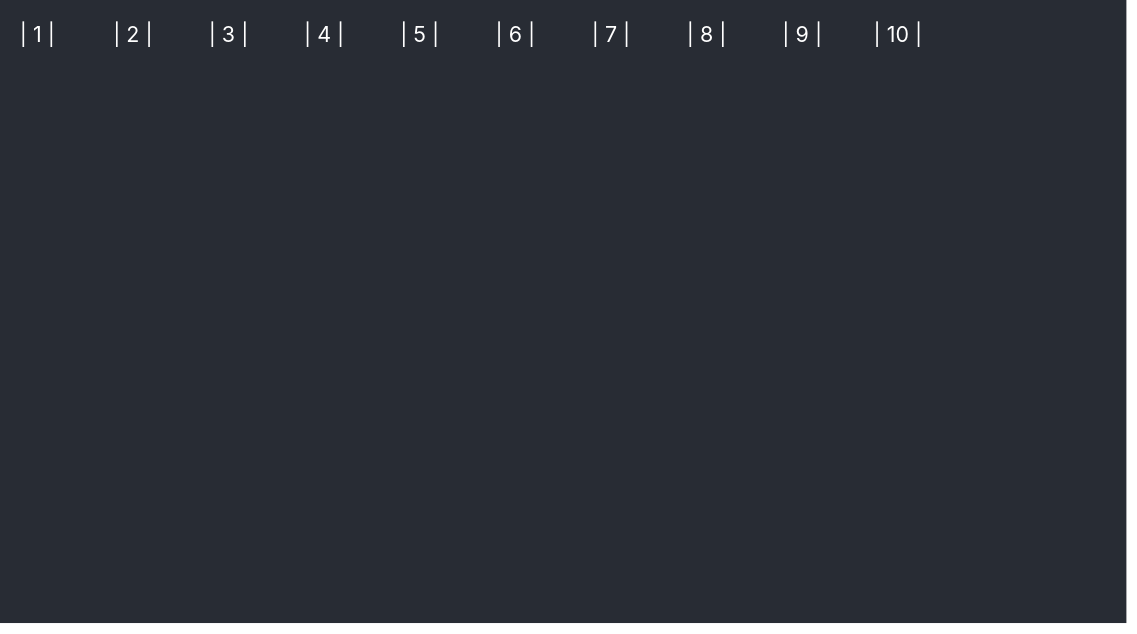
Repository: ghbamorim/megasenaapi
Page: / (app in mega-sena-client/)
An editor plug-in stored every save of this project. The page is shown before and after a run of saves, followed by the edit.
The browser window is 1280 px wide. The page is 1292 px wide, so the pictures cover 1292 px, including what lies to the right of the window. The pictures show the whole page, at 88% of full size.
The project was rebuilt for these pictures with package versions that can differ from the ones it lists, and the page was loaded fresh each time.

Above is the page before, as saved 2021-09-11 11:00:12.

### mega-sena-client/src/App.tsx
import React from "react";
import logo from "./logo.svg";
import "./App.css";
import Number from "./number";
import { makeStyles } from "@material-ui/core/styles";
import Paper from "@material-ui/core/Paper";
import Grid from "@material-ui/core/Grid";

const useStyles = makeStyles((theme) => ({
  root: {
    flexGrow: 1,
  },
  paper: {
    padding: theme.spacing(2),
    textAlign: "center",
    color: theme.palette.text.secondary,
  },
}));

function App() {
  const classes = useStyles();
  const cols: number[] = [];
  for (let i = 1; i <= 10; i++) {
    cols.push(i);
  }
  return (
    <div className="App">
      <header className="App-header">
        <div className={classes.root}>
          <Grid container spacing={3}>
            {cols.map((i) => {
              return (
                <Grid item xs={1}>
                  <Number number={i} />
                </Grid>
              );
            })}
          </Grid>
        </div>
      </header>
    </div>
  );
}

export default App;

### mega-sena-client/src/App.css
.App {
  text-align: center;
}

.App-logo {
  height: 40vmin;
  pointer-events: none;
}

@media (prefers-reduced-motion: no-preference) {
  .App-logo {
    animation: App-logo-spin infinite 20s linear;
  }
}

.App-header {
  background-color: #282c34;
  min-height: 100vh;
  align-items: center;
  justify-content: center;
  font-size: calc(10px + 2vmin);
  color: white;
}

.App-link {
  color: #61dafb;
}

@keyframes App-logo-spin {
  from {
    transform: rotate(0deg);
  }
  to {
    transform: rotate(360deg);
  }
}

### mega-sena-client/src/number.tsx
import React from "react";
import logo from "./logo.svg";
import "./App.css";

export interface IRowProps {
  number: number;
}

const Row: React.FC<IRowProps> = ({ number }: IRowProps) => {
  return (
    <div className="App">
      <p>| {number} |</p>
    </div>
  );
};

export default Row;

### mega-sena-client/src/row.tsx
import Grid from "@material-ui/core/Grid";
import React from "react";
import "./App.css";

const Row = () => {
  const cols: number[] = [];
  for (let i = 1; i <= 10; i++) {
    cols.push(i);
  }

  return cols.map((i) => {
    return (
      <Grid item xs={1}>
        <div className="App">
          <p>| {i} |</p>
        </div>
      </Grid>
    );
  });
};

export default Row;

Loaded but not shown: mega-sena-client/public/index.html (common file); mega-sena-client/src/index.tsx (common file); mega-sena-client/src/index.css (common file); mega-sena-client/src/reportWebVitals.ts (common file)

After the next 4 saves:
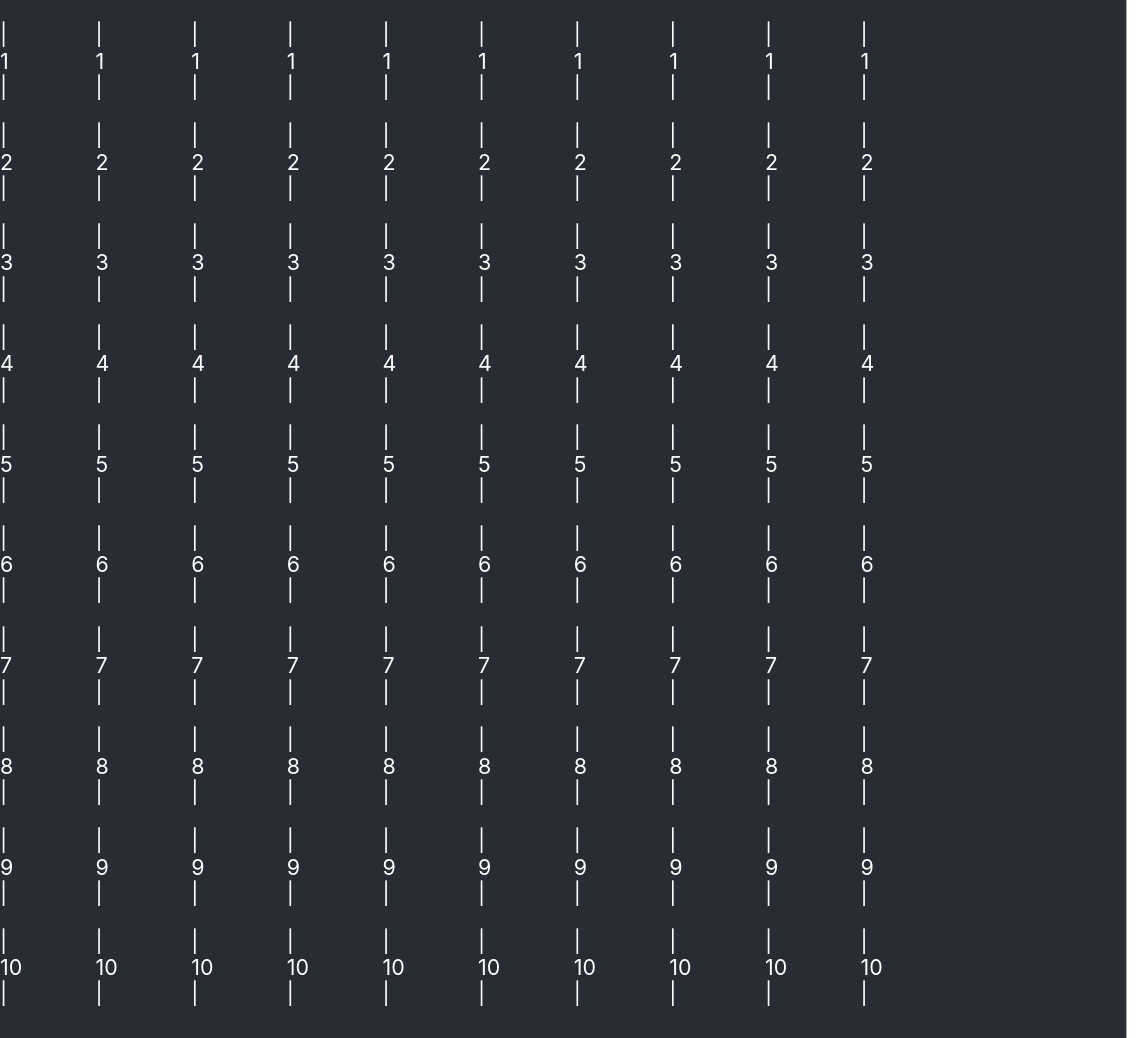
The 4 saves are shown as one change because 2 did not build or start and some came seconds apart.
The last was saved 3 min 29 s later.
--- a/mega-sena-client/src/number.tsx
+++ b/mega-sena-client/src/number.tsx
@@ -1,17 +1,26 @@
 import React from "react";
-import logo from "./logo.svg";
 import "./App.css";
+import Grid from "@material-ui/core/Grid";
 
 export interface IRowProps {
   number: number;
 }
 
 const Row: React.FC<IRowProps> = ({ number }: IRowProps) => {
-  return (
-    <div className="App">
-      <p>| {number} |</p>
-    </div>
-  );
+  const cols: number[] = [];
+  for (let i = 1; i <= 10; i++) {
+    cols.push(i);
+  }
+
+  return cols.map((i) => {
+    return (
+      <Grid item xs={1}>
+        <div className="App">
+          <p>| {i} |</p>
+        </div>
+      </Grid>
+    );
+  });
 };
 
 export default Row;

After the 5 saves that followed:
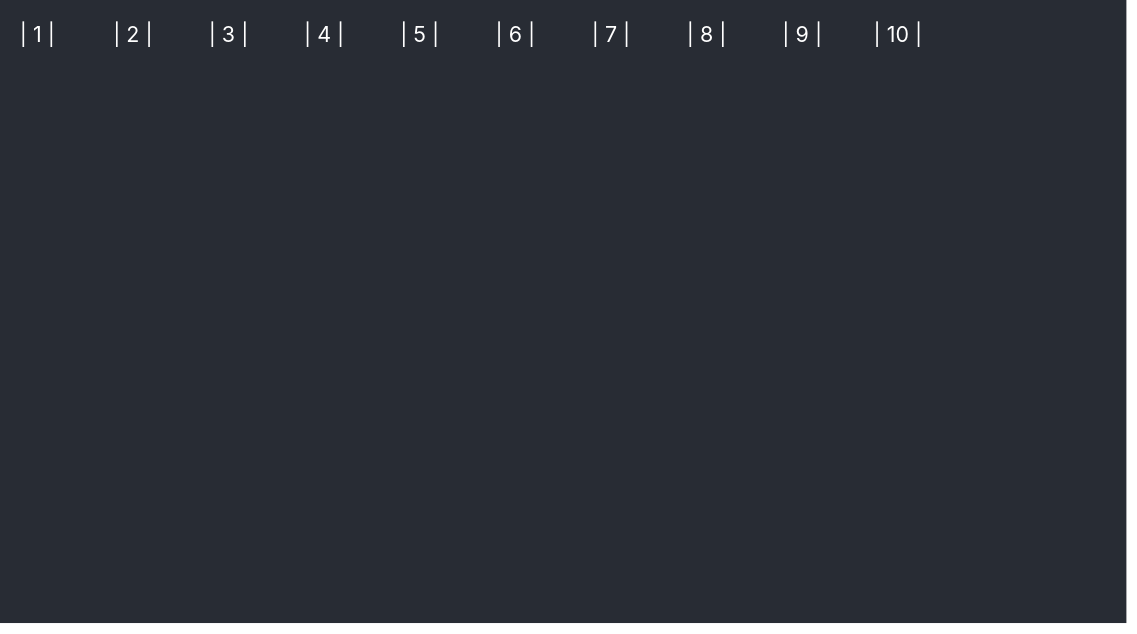
The 5 saves are shown as one change because 1 did not build or start and 3 left the picture as it was.
The last was saved 80 s later.
--- a/mega-sena-client/src/App.tsx
+++ b/mega-sena-client/src/App.tsx
@@ -1,7 +1,7 @@
 import React from "react";
 import logo from "./logo.svg";
 import "./App.css";
-import Number from "./number";
+import Row from "./row";
 import { makeStyles } from "@material-ui/core/styles";
 import Paper from "@material-ui/core/Paper";
 import Grid from "@material-ui/core/Grid";
@@ -19,22 +19,13 @@ const useStyles = makeStyles((theme) => ({
 
 function App() {
   const classes = useStyles();
-  const cols: number[] = [];
-  for (let i = 1; i <= 10; i++) {
-    cols.push(i);
-  }
+
   return (
     <div className="App">
       <header className="App-header">
         <div className={classes.root}>
           <Grid container spacing={3}>
-            {cols.map((i) => {
-              return (
-                <Grid item xs={1}>
-                  <Number number={i} />
-                </Grid>
-              );
-            })}
+            <Row />
           </Grid>
         </div>
       </header>
--- a/mega-sena-client/src/number.tsx
+++ b/mega-sena-client/src/number.tsx
@@ -1,12 +1,8 @@
+import Grid from "@material-ui/core/Grid";
 import React from "react";
 import "./App.css";
-import Grid from "@material-ui/core/Grid";
 
-export interface IRowProps {
-  number: number;
-}
-
-const Row: React.FC<IRowProps> = ({ number }: IRowProps) => {
+const Row = () => {
   const cols: number[] = [];
   for (let i = 1; i <= 10; i++) {
     cols.push(i);
